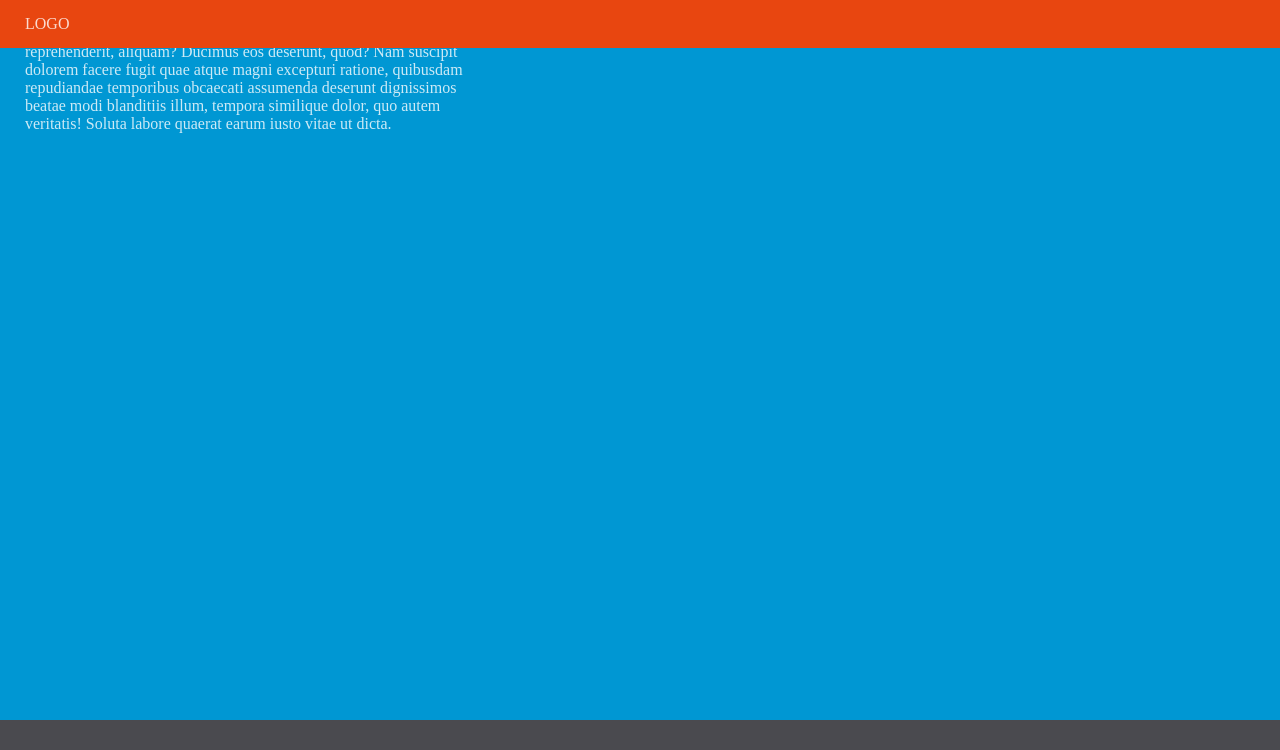
Repository: LiamB123/Adaptive-Sizing-Practice
Page: MP.html
The author's editor kept a record of every edit. The page is drawn from the files as they stood at one moment, then again after the next edit.
The browser window is 1280 px wide. The pictures show the whole page.

Above is the page before.

After the next edit:
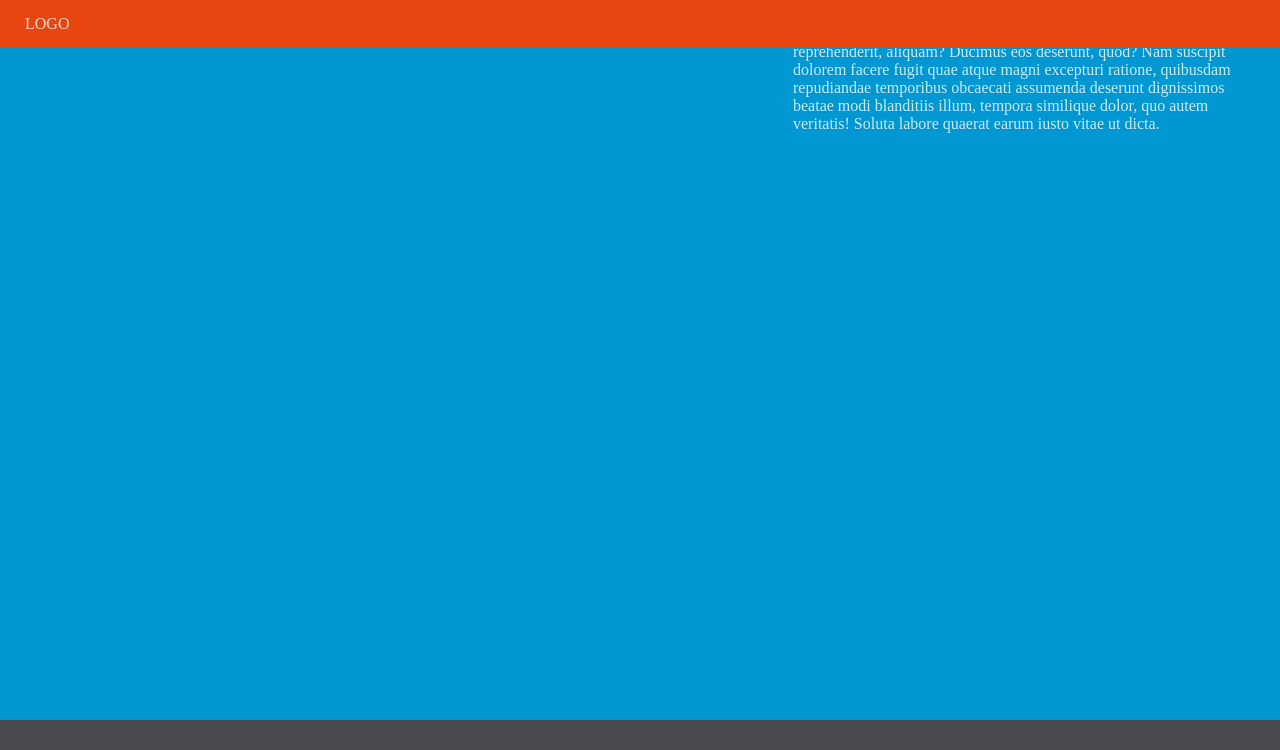
The edit:
--- a/MP.html
+++ b/MP.html
@@ -16,8 +16,9 @@
     </header>
 
     <section class="section">
-        <article class="article column column-60"></article>
-        Lorem ipsum dolor sit amet, consectetur adipisicing elit. Quidem, ipsum?
+        <article class="article column column-60">
+       <p> Lorem ipsum dolor sit amet, consectetur adipisicing elit. Quidem, ipsum?
+        </p></article>
 
         <aside class="aside column column-40 ">
             <p class="section-paragraph">
